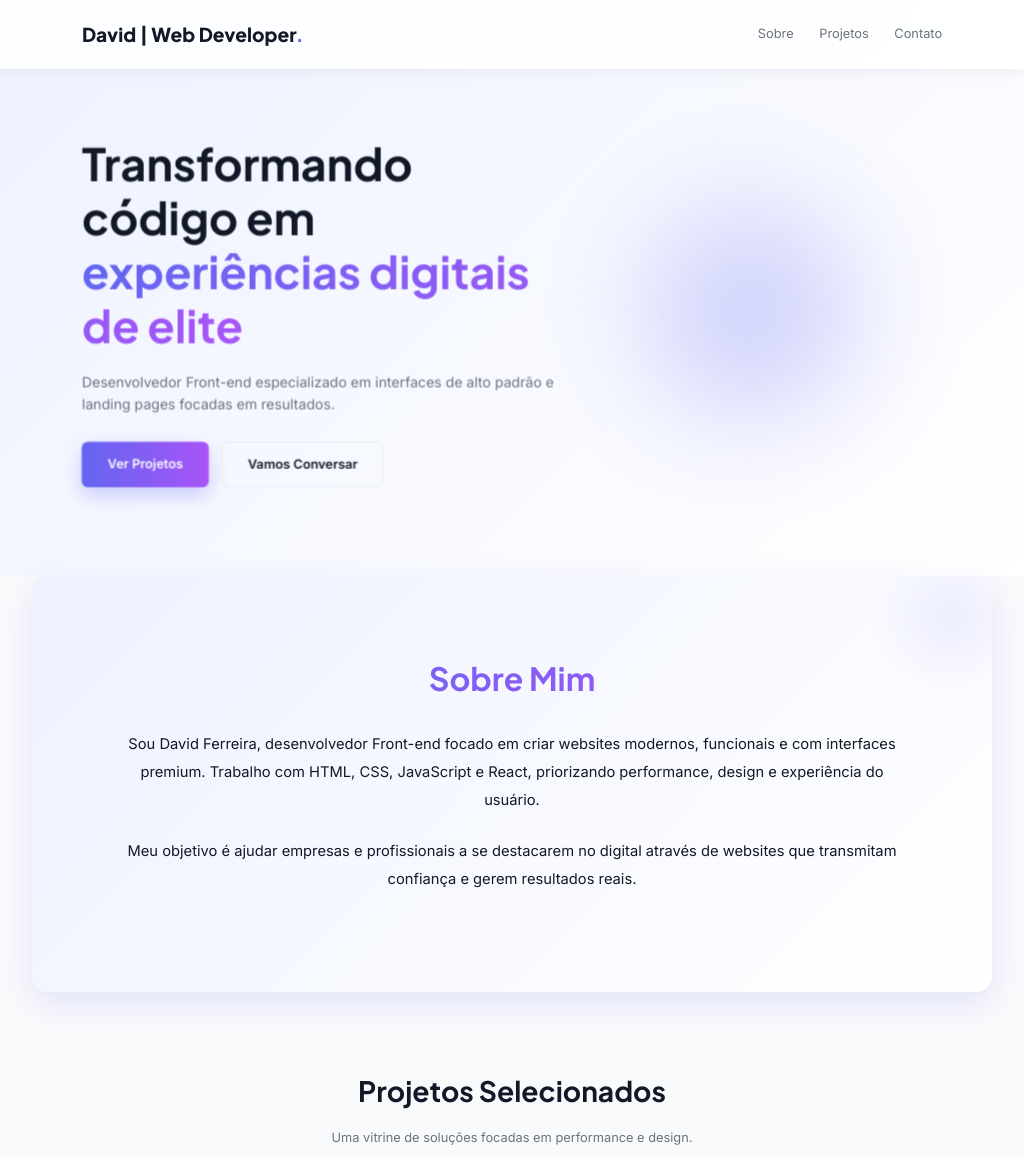
Repository: davidfsillva/David_Ferreira
Page: index.html
An editor plug-in stored every save of this project. The page is shown before and after a run of saves, followed by the edit.
The browser window is 1280 px wide. The pictures show the part of the page from y = 0 to 1445 px (the page is 2824 px tall before and 2771 px after), at 80% of full size.
Pictures or frames that could not be fetched are drawn as grey boxes.

Above is the page before, as saved 2026-02-11 12:04:03.
Console error: TypeError: Cannot read properties of null (reading 'addEventListener')

### index.html
<!DOCTYPE html>
<html lang="pt-BR">
<head>
    <meta charset="UTF-8">
    <meta name="viewport" content="width=device-width, initial-scale=1.0">

    <title>David Ferreira | Desenvolvedor Front-end & UI Designer Premium</title>

    <!-- SEO Primário -->
    <meta name="description" content="David Ferreira é desenvolvedor front-end especializado em interfaces premium, landing pages de alta conversão e experiências digitais modernas.">
    <meta name="keywords" content="Desenvolvedor Front-end, Web Designer, UI Designer, Landing Page, Desenvolvimento Web, Freelancer Brasil">
    <meta name="author" content="David Ferreira">
    <meta name="robots" content="index, follow">
    <link rel="canonical" href="https://seudominio.com/">

    <!-- Open Graph (Facebook, LinkedIn) -->
    <meta property="og:title" content="David Ferreira | Desenvolvedor Front-end Premium">
    <meta property="og:description" content="Interfaces digitais de alto padrão, focadas em performance e conversão.">
    <meta property="og:image" content="https://seudominio.com/preview.jpg">
    <meta property="og:url" content="https://seudominio.com/">
    <meta property="og:type" content="website">

    <!-- Twitter Card -->
    <meta name="twitter:card" content="summary_large_image">
    <meta name="twitter:title" content="David Ferreira | Web Developer">
    <meta name="twitter:description" content="Desenvolvimento web premium focado em performance e design moderno.">
    <meta name="twitter:image" content="https://seudominio.com/preview.jpg">

    <!-- Favicon -->
    <link rel="icon" href="favicon.ico" type="image/x-icon">

    <!-- Fonts -->
    <link href="https://fonts.googleapis.com/css2?family=Inter:wght@300;400;600&family=Plus+Jakarta+Sans:wght@700;800&display=swap" rel="stylesheet">

    <link rel="stylesheet" href="style.css">
</head>


<body>

    <!-- NAVBAR -->
    <nav class="navbar">
        <div class="logo">David | Web Developer<span>.</span></div>
        <ul class="nav-links">
            <li><a href="#about">Sobre</a></li>
            <li><a href="#portfolio">Projetos</a></li>
            <li><a href="#contact" class="btn-sm">Contato</a></li>
        </ul>
    </nav>

    <!-- HERO -->
    <section class="hero">
        <div class="hero-content">
            <h1>Transformando código em <span>experiências digitais de elite</span></h1>
            <p>Desenvolvedor Front-end especializado em interfaces de alto padrão e landing pages focadas em resultados.</p>
            <div class="hero-btns">
                <a href="#portfolio" class="btn-primary">Ver Projetos</a>
                <a href="#contact" class="btn-secondary">Vamos Conversar</a>
            </div>
        </div>
        <div class="hero-visual">
            <div class="hero-glow"></div>
        </div>
    </section>

    <!-- SOBRE -->
    <section id="about" class="section">
        <h2>Sobre Mim</h2>
        <p>Sou David Ferreira, desenvolvedor Front-end focado em criar websites modernos, funcionais e com interfaces premium. Trabalho com HTML, CSS, JavaScript e React, priorizando performance, design e experiência do usuário.</p>
        <p>Meu objetivo é ajudar empresas e profissionais a se destacarem no digital através de websites que transmitam confiança e gerem resultados reais.</p>
    </section>

    <!-- PORTFÓLIO -->
    <section id="portfolio" class="portfolio">
        <div class="section-header">
            <h2>Projetos Selecionados</h2>
            <p>Uma vitrine de soluções focadas em performance e design.</p>
        </div>
        <div class="portfolio-grid">
            <!-- Projeto 1 -->
            <a href="https://davidfsillva.github.io/Alex-Carter/" target="_blank" class="project-link">
                <div class="project-card">
                    <div class="card-image">
                        <img src="img/alex.png" alt="Projeto Alex Carter">
                        <div class="card-overlay"><span>Ver Detalhes</span></div>
                    </div>
                    <div class="card-info">
                        <h3>Alex Carter | Landing Page</h3>
                        <p>Website de personal branding para atleta profissional.</p>
                    </div>
                </div>
            </a>

            <!-- Projeto 2 -->
            <a href="https://davidfsillva.github.io/e-hammershark/" target="_blank" class="project-link">
                <div class="project-card">
                    <div class="card-image">
                        <img src="img/ecomerce.png" alt="Projeto Hammershark">
                        <div class="card-overlay"><span>Ver Detalhes</span></div>
                    </div>
                    <div class="card-info">
                        <h3>Hammershark | E-commerce</h3>
                        <p>E-commerce de moda fitness, focado em branding e experiência de compra.</p>
                    </div>
                </div>
            </a>

            <!-- Projeto 3 -->
            <a href="https://davidfsillva.github.io/landing-page/" target="_blank" class="project-link">
                <div class="project-card">
                    <div class="card-image">
                        <img src="img/landingpage.png" alt="Projeto Landing Page">
                        <div class="card-overlay"><span>Ver Detalhes</span></div>
                    </div>
                    <div class="card-info">
                        <h3>Lucas Andrade | Landing Page</h3>
                        <p>Landing page estratégica para geração de leads e conversão.</p>
                    </div>
                </div>
            </a>

            <!-- Projeto 4 -->
            <a href="https://davidfsillva.github.io/beatriz-almeida-adv/" target="_blank" class="project-link">
                <div class="project-card">
                    <div class="card-image">
                        <img src="img/adv.png" alt="Projeto Beatriz Almeida Advogados">
                        <div class="card-overlay"><span>Ver Detalhes</span></div>
                    </div>
                    <div class="card-info">
                        <h3>Beatriz Almeida Advogados | Website Institucional</h3>
                        <p>Website institucional transmitindo autoridade e confiança.</p>
                    </div>
                </div>
            </a>
        </div>
    </section>

    <!-- CTA / CONTATO -->
    <section id="contact" class="cta-section">
        <h2>Pronto para elevar seu nível digital?</h2>
        <p>Vamos transformar sua ideia em uma interface de classe mundial.</p>
        <a href="https://wa.me/5599999999999" target="_blank" class="btn-whatsapp">Iniciar Conversa no WhatsApp</a>
    </section>

    <!-- FOOTER -->
    <footer>
        <div class="footer-content">
            <p>&copy; 2026 David Ferreira. Todos os direitos reservados.</p>
            <div class="social-links">
                <a href="#" target="_blank">Instagram</a>
                <a href="#" target="_blank">LinkedIn</a>
                <a href="#" target="_blank">GitHub</a>
            </div>
        </div>
    </footer>

    <script src="scripts.js"></script>
</body>
</html>
</html>

### style.css
:root {
  --primary: #6366f1;
  --primary-light: #818cf8;
  --accent: #a855f7;
  --text-dark: #111827;
  --text-light: #6b7280;
  --bg-light: #f9fafb;
  --white: #ffffff;
  --transition: all 0.3s ease;
}

/* RESET */
* {
  margin: 0;
  padding: 0;
  box-sizing: border-box;
}

html {
  scroll-behavior: smooth;
}

body {
  font-family: 'Inter', sans-serif;
  background: var(--bg-light);
  color: var(--text-dark);
  line-height: 1.6;
  animation: fadePage 0.8s ease-in-out;
}

@keyframes fadePage {
  from { opacity: 0; transform: translateY(10px); }
  to { opacity: 1; transform: translateY(0); }
}

/* NAVBAR */
.navbar {
  position: fixed;
  width: 100%;
  top: 0;
  padding: 1.5rem 8%;
  display: flex;
  justify-content: space-between;
  align-items: center;
  background: rgba(255,255,255,0.85);
  backdrop-filter: blur(12px);
  box-shadow: 0 4px 20px rgba(0,0,0,0.05);
  z-index: 1000;
  transition: var(--transition);
}

.logo {
  font-family: 'Plus Jakarta Sans', sans-serif;
  font-weight: 800;
  font-size: 1.5rem;
}

.logo span {
  color: var(--primary);
}

.nav-links {
  display: flex;
  list-style: none;
  gap: 2rem;
}

.nav-links a {
  text-decoration: none;
  color: var(--text-light);
  font-weight: 500;
  transition: var(--transition);
}

.nav-links a:hover {
  color: var(--primary);
  transform: translateY(-2px);
}

/* HERO */
.hero {
  min-height: 100vh;
  padding: 120px 8% 60px;
  display: flex;
  align-items: center;
  justify-content: space-between;
  background: linear-gradient(135deg, #eef2ff, #ffffff);
  flex-wrap: wrap;
}

.hero-content {
  max-width: 600px;
  animation: heroFade 1s ease 0.2s both;
}

@keyframes heroFade {
  from { opacity: 0; transform: translateY(40px); }
  to { opacity: 1; transform: translateY(0); }
}

.badge {
  display: inline-block;
  padding: 0.5rem 1rem;
  background: rgba(99,102,241,0.1);
  color: var(--primary);
  border-radius: 20px;
  font-size: 0.8rem;
  font-weight: 600;
  margin-bottom: 1.5rem;
}

.hero h1 {
  font-family: 'Plus Jakarta Sans', sans-serif;
  font-size: clamp(2rem, 5vw, 3.5rem);
  line-height: 1.2;
  margin-bottom: 1.5rem;
}

.hero h1 span {
  background: linear-gradient(90deg, var(--primary), var(--accent));
  -webkit-background-clip: text;
  -webkit-text-fill-color: transparent;
}

.hero p {
  font-size: 1.1rem;
  color: var(--text-light);
  margin-bottom: 2rem;
}

/* BUTTONS */
.btn-primary,
.btn-secondary,
.btn-whatsapp {
  display: inline-block;
  padding: 0.9rem 2rem;
  border-radius: 8px;
  text-decoration: none;
  font-weight: 600;
  transition: all 0.3s ease;
  position: relative;
  overflow: hidden;
}

.btn-primary {
  background: linear-gradient(90deg, var(--primary), var(--accent));
  color: white;
  box-shadow: 0 10px 25px rgba(99,102,241,0.3);
}

.btn-primary:hover {
  transform: translateY(-4px) scale(1.03);
}

.btn-primary:active {
  transform: scale(0.96);
}

.btn-primary::after {
  content: "";
  position: absolute;
  width: 200%;
  height: 200%;
  background: radial-gradient(circle, rgba(255,255,255,0.4), transparent 60%);
  top: -50%;
  left: -50%;
  opacity: 0;
  transition: opacity 0.4s ease;
}

.btn-primary:hover::after {
  opacity: 1;
}

.btn-secondary {
  border: 1px solid #e5e7eb;
  color: var(--text-dark);
  margin-left: 1rem;
}

.btn-secondary:hover {
  background: #f3f4f6;
  transform: translateY(-4px);
}

.btn-secondary:active {
  transform: scale(0.96);
}

.btn-whatsapp {
  background: #25d366;
  color: white;
}

.btn-whatsapp:hover {
  transform: translateY(-4px) scale(1.03);
}

.btn-whatsapp:active {
  transform: scale(0.96);
}

.hero-btns {
  display: flex;
  flex-wrap: wrap;
}

#about {
  text-align: center;
  max-width: 1200px; /* ocupa mais largura sem ficar exagerado */
  margin: 0 auto;
  padding: 6rem 8%;
  background: linear-gradient(135deg, #eef2ff 0%, #ffffff 100%); /* combina com hero */
  border-radius: 20px; /* bordas suaves */
  box-shadow: 0 15px 40px rgba(99,102,241,0.15); /* sombra leve e elegante */
  position: relative;
  overflow: hidden;
}

#about::before {
  content: "";
  position: absolute;
  width: 200px;
  height: 200px;
  background: radial-gradient(circle, rgba(163,155,253,0.2), transparent 70%);
  top: -50px;
  right: -50px;
  border-radius: 50%;
  z-index: 0;
  animation: pulseGlow 6s infinite ease-in-out;
}

#about h2 {
  font-family: 'Plus Jakarta Sans', sans-serif;
  font-size: clamp(2rem, 4vw, 2.5rem);
  margin-bottom: 2rem;
  position: relative;
  z-index: 1;
  background: linear-gradient(90deg, var(--primary), var(--accent));
  -webkit-background-clip: text;
  -webkit-text-fill-color: transparent;
}

#about p {
  font-size: 1.15rem;
  line-height: 1.9;
  color: var(--text-dark);
  margin-bottom: 1.8rem;
  position: relative;
  z-index: 1;
  opacity: 0;
  transform: translateY(20px);
  animation: fadeUp 1s forwards;
  animation-delay: 0.3s;
}

/* Animação suave */
@keyframes fadeUp {
  to {
    opacity: 1;
    transform: translateY(0);
  }
}



/* HERO VISUAL */
.hero-visual {
  flex: 1;
  min-height: 400px;
  display: flex;
  justify-content: center;
  align-items: center;
}

.hero-glow {
  width: 350px;
  height: 350px;
  background: radial-gradient(circle, rgba(99,102,241,0.4), transparent 70%);
  border-radius: 50%;
  filter: blur(60px);
  animation: pulseGlow 4s infinite ease-in-out;
}

@keyframes pulseGlow {
  0% { transform: scale(1); opacity: 0.7; }
  50% { transform: scale(1.1); opacity: 1; }
  100% { transform: scale(1); opacity: 0.7; }
}

/* PORTFOLIO */
.portfolio {
  padding: 6rem 8%;
}

.section-header {
  text-align: center;
  margin-bottom: 4rem;
}

.section-header h2 {
  font-family: 'Plus Jakarta Sans', sans-serif;
  font-size: 2.2rem;
  margin-bottom: 1rem;
}

.section-header p {
  color: var(--text-light);
}

.portfolio-grid {
  display: grid;
  grid-template-columns: repeat(auto-fit, minmax(280px, 1fr));
  gap: 2rem;
}

.project-card {
  background: var(--white);
  border-radius: 16px;
  overflow: hidden;
  box-shadow: 0 10px 30px rgba(0,0,0,0.06);
  cursor: pointer;
  transition: transform 0.4s ease, box-shadow 0.4s ease;
  will-change: transform;
}

.project-card:hover {
  transform: translateY(-12px) scale(1.03);
  box-shadow: 0 25px 50px rgba(99,102,241,0.2);
}

.card-image {
  position: relative;
  overflow: hidden;
}

.card-image img {
  width: 100%;
  height: 220px;
  object-fit: cover;
  display: block;
  transition: transform 0.6s ease;
}

.project-card:hover .card-image img {
  transform: scale(1.08);
}

.card-overlay {
  position: absolute;
  inset: 0;
  background: rgba(99,102,241,0.8);
  display: flex;
  justify-content: center;
  align-items: center;
  color: white;
  font-weight: 600;
  opacity: 0;
  transition: opacity 0.4s ease;
}

.project-card:hover .card-overlay {
  opacity: 1;
}

.card-info {
  padding: 1.5rem;
}

.card-info h3 {
  margin-bottom: 0.5rem;
}

.card-info p {
  color: var(--text-light);
}

.project-link {
  text-decoration: none;
  color: inherit;
  display: block;
}


/* CTA */
.cta-section {
  padding: 5rem 8%;
  text-align: center;
  background: linear-gradient(135deg, #eef2ff, #ffffff);
}

/* FOOTER */
footer {
  padding: 2rem 8%;
  background: var(--white);
  border-top: 1px solid #e5e7eb;
}

.footer-content {
  display: flex;
  justify-content: space-between;
  flex-wrap: wrap;
  gap: 1rem;
}

.social-links a {
  text-decoration: none;
  margin-left: 1rem;
  color: var(--text-light);
  transition: var(--transition);
}

.social-links a:hover {
  color: var(--primary);
  transform: translateY(-2px);
}

.cta-section p {
  color: var(--text-light);
  margin-bottom: 2.5rem; /* aumenta espaço abaixo do texto */
}

.btn-whatsapp {
  display: inline-block;
  background: #25d366;
  color: white;
  padding: 1rem 2rem;
  border-radius: 8px;
  text-decoration: none;
  font-weight: 600;
  transition: var(--transition);
  margin-top: 0.5rem; /* pequeno respiro extra */
}


/* MODAL */
.modal-overlay {
  position: fixed;
  inset: 0;
  background: rgba(0,0,0,0.6);
  display: none;
  justify-content: center;
  align-items: center;
  padding: 2rem;
  z-index: 2000;
}

.modal-content {
  background: white;
  width: 100%;
  max-width: 900px;
  border-radius: 20px;
  overflow: hidden;
  animation: modalZoom 0.4s cubic-bezier(.23,1,.32,1);
  position: relative;
}

@keyframes modalZoom {
  from { opacity: 0; transform: scale(0.85) translateY(20px); }
  to { opacity: 1; transform: scale(1) translateY(0); }
}

.modal-body {
  display: grid;
  grid-template-columns: 1fr 1fr;
}

.modal-img {
  min-height: 300px;
  background-size: cover !important;
}

.modal-text {
  padding: 2rem;
}

.close-modal {
  position: absolute;
  top: 20px;
  right: 25px;
  background: none;
  border: none;
  font-size: 2rem;
  cursor: pointer;
  transition: transform 0.3s ease;
}

.close-modal:hover {
  transform: rotate(90deg);
}

/* RESPONSIVO */
@media (max-width: 900px) {
  .hero {
    flex-direction: column;
    text-align: center;
  }

  .hero-visual {
    margin-top: 3rem;
  }

  .modal-body {
    grid-template-columns: 1fr;
  }
}

@media (max-width: 600px) {
  .navbar {
    padding: 1rem 5%;
  }

  .nav-links {
    display: none;
  }

  .hero {
    padding: 100px 5% 60px;
  }

  .portfolio {
    padding: 4rem 5%;
  }

  .cta-section {
    padding: 4rem 5%;
  }

  footer {
    padding: 2rem 5%;
  }

  .footer-content {
    flex-direction: column;
    text-align: center;
  }

  .social-links a {
    margin: 0 0.5rem;
  }
}

Loaded but not shown: scripts.js (103 lines, source omitted)

After the next 3 saves:
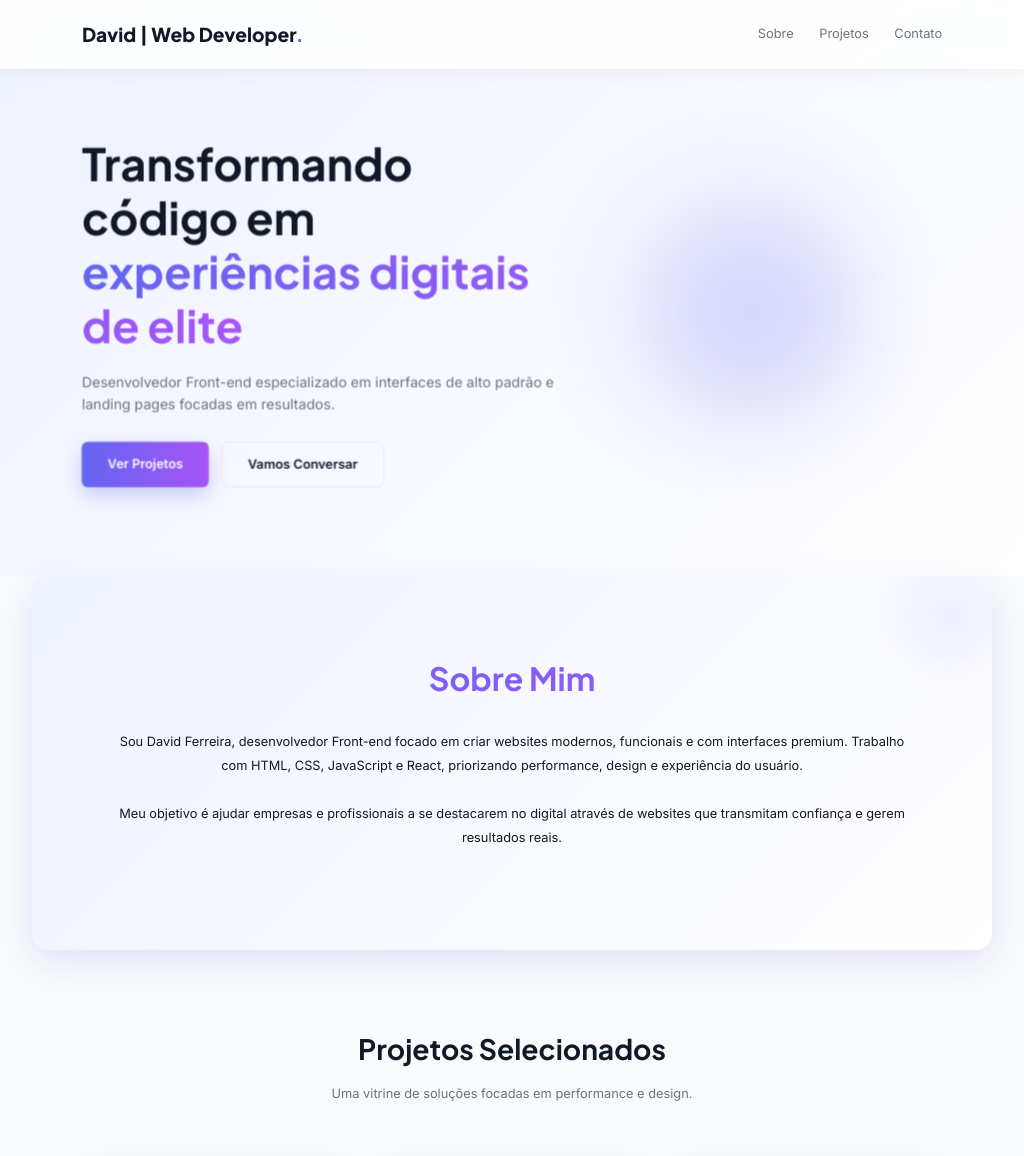
The 3 saves are shown as one change because they came seconds apart.
The last was saved 36 s later.
--- a/style.css
+++ b/style.css
@@ -242,7 +242,7 @@
 }
 
 #about p {
-  font-size: 1.15rem;
+  font-size: 1rem;
   line-height: 1.9;
   color: var(--text-dark);
   margin-bottom: 1.8rem;

After the save that followed:
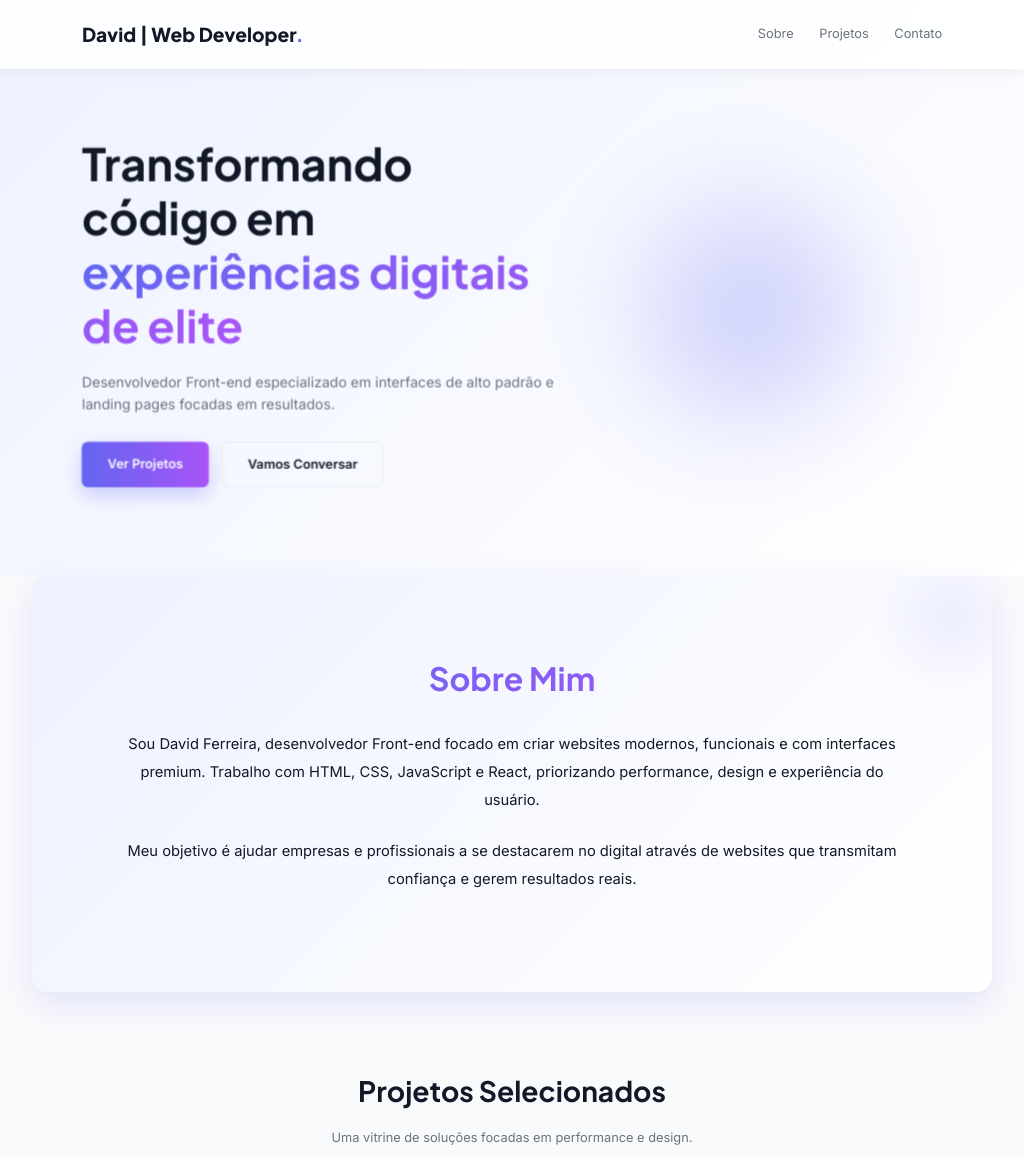
Saved 6 s later.
--- a/style.css
+++ b/style.css
@@ -242,7 +242,7 @@
 }
 
 #about p {
-  font-size: 1rem;
+  font-size: 1.15rem;
   line-height: 1.9;
   color: var(--text-dark);
   margin-bottom: 1.8rem;
